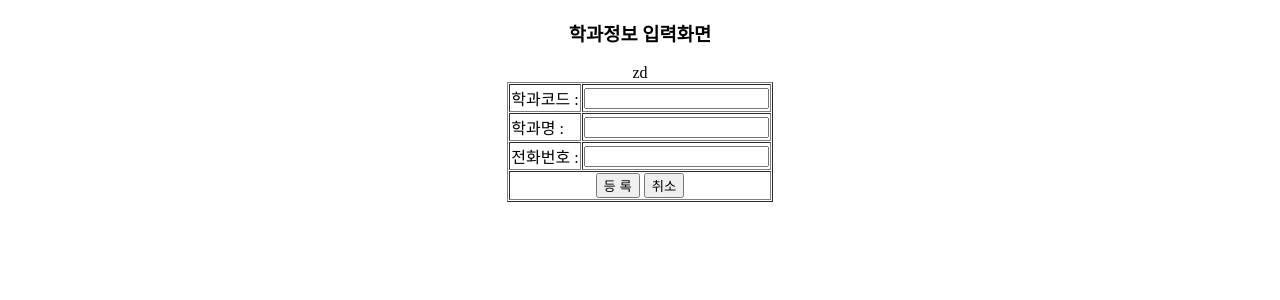
Repository: DDoeDDoe32/sw5
Page: http://localhost/test10/subjectlist.jsp
An editor plug-in stored every save of this project. The page is shown before and after the next save, followed by the edit.
The browser window is 1280 px wide. The pictures show the whole page.
The page is served by Tomcat 9.

Above is the page before, as saved 2019-05-18 07:00:23.

### 실습파일/test10/WebContent/subjectlist.jsp
<%@ page language="java" contentType="text/html; charset=UTF-8"
    pageEncoding="UTF-8"%>
<!DOCTYPE html>
<html>
<head>
<meta charset="UTF-8">
<title>학과추가 폼</title>
<script language="JavaScript">
   function In_Check(){
      if(document.deptinput.dept_id.value == ""){
         alert("학과코드를 입력하세요!!");
         return;
      }
      if(document.deptinput.dept_name.value == ""){
         alert("학과명을 입력하세요!!")
         return;
      }
      document.deptinput.submit();
   }
</script>
</head>
<body>
<center><h3>학과정보 입력화면</h3>
<form action="dept_insert.jsp" name="deptinput" method="post">
<table border="1" cellspacing="1">
<tr>
<td>학과코드 : </td>
<td><input type="text" name="dept_id"></td>
</tr>
<tr>
<td>학과명 : </td>
<td><input type="text" name="dept_name"></td>
</tr>
<tr>
<td>전화번호 : </td>
<td><input type="text" name="phone"></td>zd
</tr>
<tr align="center">
<td colspan=2>
<input type="button" name="confirm" value="등 록" OnClick="In_Check()">
<input type="reset" name="reset" value="취소">
</td>
</table></form></center>

</body>
</html>

After the next save:
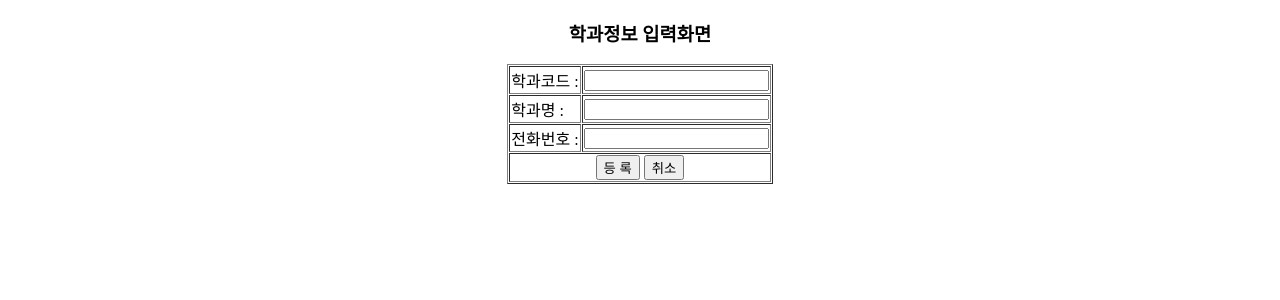
Saved 63 s later.
--- a/실습파일/test10/WebContent/subjectlist.jsp
+++ b/실습파일/test10/WebContent/subjectlist.jsp
@@ -33,7 +33,7 @@
 </tr>
 <tr>
 <td>전화번호 : </td>
-<td><input type="text" name="phone"></td>zd
+<td><input type="text" name="phone"></td>
 </tr>
 <tr align="center">
 <td colspan=2>
